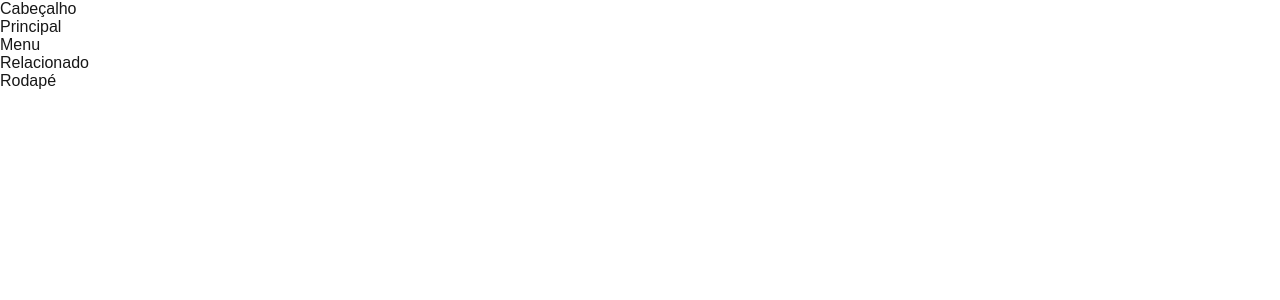
Repository: AleOi3/htmlTemplate
Page: /temp_one
An editor plug-in stored every save of this project. The page is shown before and after the next save, followed by the edit.
The browser window is 1280 px wide. The pictures show the whole page.
The project was rebuilt for these pictures with package versions that can differ from the ones it lists, and the page was loaded fresh each time. The framework's server and built-in components were replaced by stand-ins that run in the browser. Also part of the build but not shown: next.config.ts.

Above is the page before, as saved 2024-12-09 00:22:10.

After the next save:
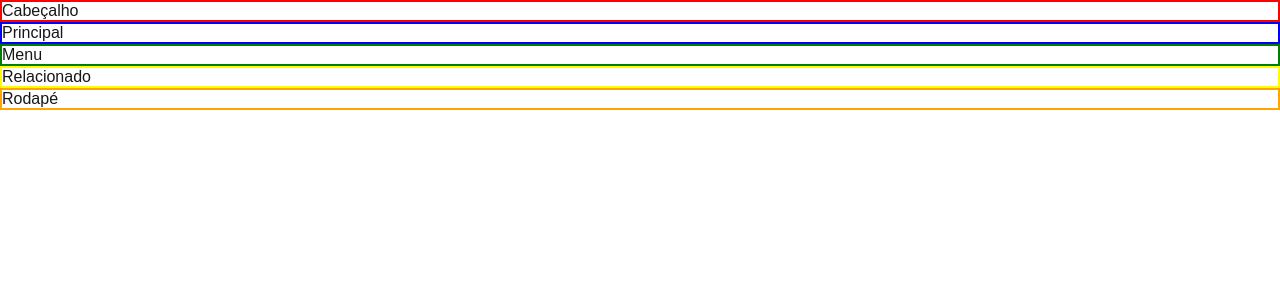
Saved 43 s later.
--- a/src/app/temp_one/page.tsx
+++ b/src/app/temp_one/page.tsx
@@ -1,12 +1,12 @@
 const TemplateOnePage = () => {
     return <>
-        <header>
+        <header style={{border: '2px solid red'}}>
             Cabeçalho
         </header>
-        <main>Principal</main>
-        <nav>Menu</nav>
-        <aside>Relacionado</aside>
-        <footer>Rodapé</footer>
+        <main style={{border: '2px solid blue'}}>Principal</main>
+        <nav style={{border: '2px solid green'}}>Menu</nav>
+        <aside style={{border: '2px solid yellow'}}>Relacionado</aside>
+        <footer style={{border: '2px solid orange'}}>Rodapé</footer>
 
     </>
 }
